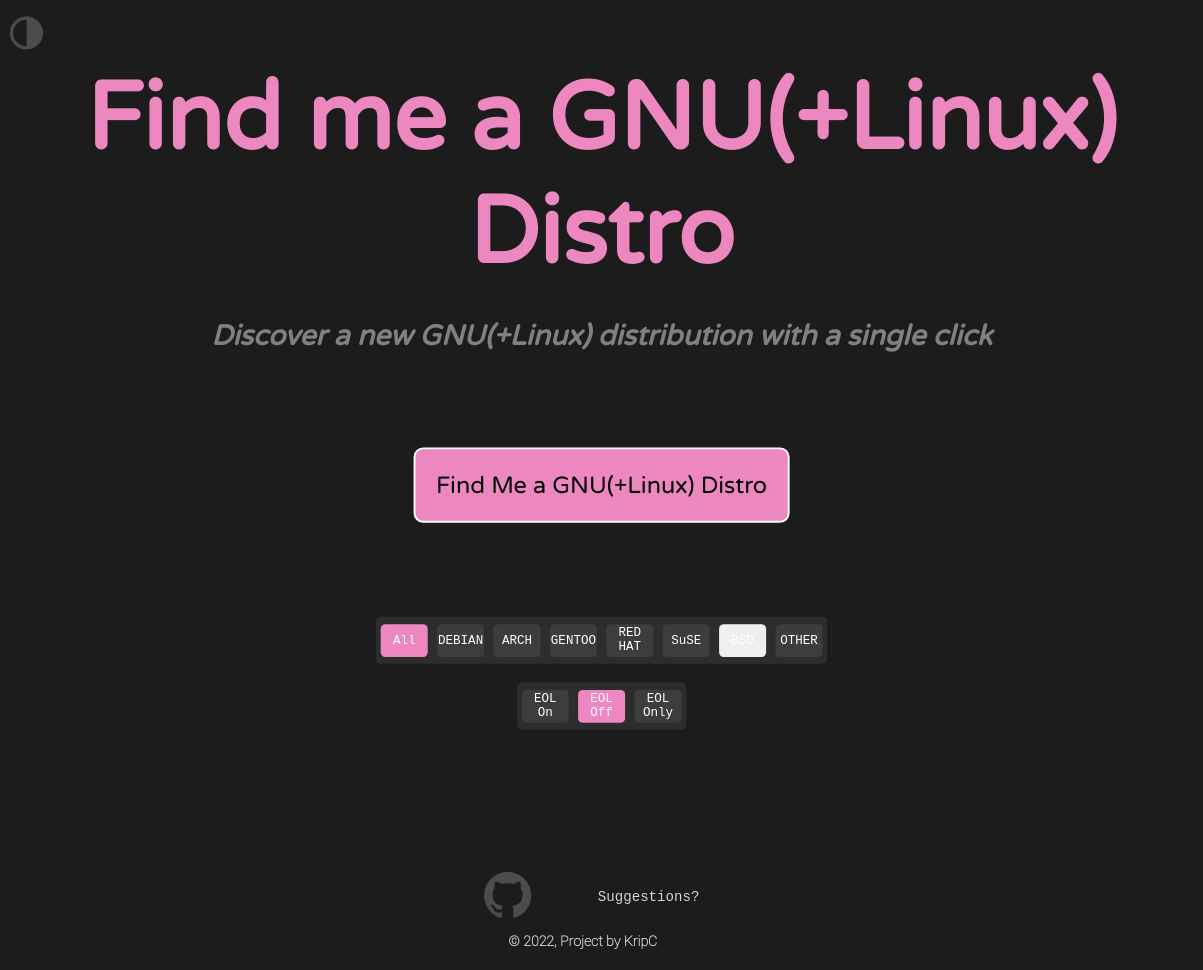
Repository: KripC2160/FindMeALinuxDistro
Page: index.html
These files come from the project's save history. The page is drawn as it stood at one moment and after the next save; the edit follows.
The browser window is 1280 px wide. The pictures show the whole page, at 94% of full size.

Above is the page before, as saved 2022-05-17 22:25:18.

After the next save:
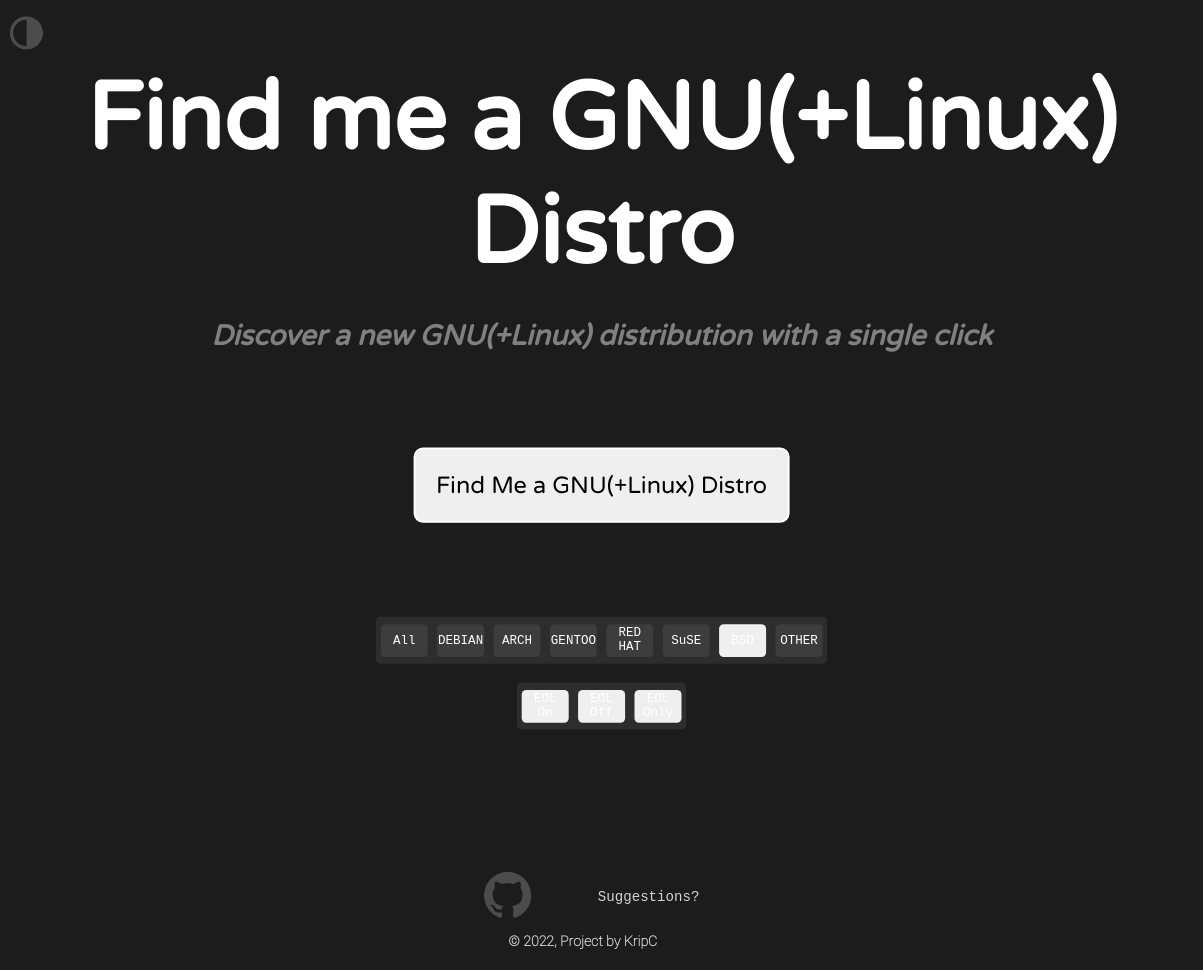
Console error: TypeError: Cannot read properties of null (reading 'style')
Saved 3 min 12 s later.
--- a/js/script.js
+++ b/js/script.js
@@ -40,7 +40,7 @@ var color_list = [
 ];
 
 var distro_list = [
-    "TEST", "FMALDALL", "FMALDDEBIAN", "FMALDARCH", "FMALDGENTOO", "FMALDREDHAT", "FMALDSUSE", "FMALDSLACK", "FMALDOTHER"
+    "TEST", "FMALDALL", "FMALDDEBIAN", "FMALDARCH", "FMALDGENTOO", "FMALDREDHAT", "FMALDSUSE", "FMALDSLACK", "FMALDBSD", "FMALDOTHER"
 ];
 
 
@@ -49,7 +49,7 @@ function clicked(){
 
     var distrolink_list = [
         "gap", links, debianlinks, archlinks, gentoolinks,
-        redhatlinks, suselinks, slacklinks, otherlinks
+        redhatlinks, suselinks, slacklinks, bsdlinks, otherlinks
     ];
 
     var eoldistrolink_list = [
@@ -86,7 +86,7 @@ function changeButtonColor(){
         document.getElementById("FMALDSUSE").style.backgroundColor = "#3D3D3D";
         document.getElementById("FMALDSLACK").style.backgroundColor = "#3D3D3D";
         document.getElementById("FMALDGENTOO").style.backgroundColor = "#3D3D3D";
-        document.getElementById("FMALDOTHER").style.backgroundColor = "#3D3D3D";
+        document.getElementById("FMALDBSD").style.backgroundColor = "#3D3D3D";
 
         if (localStorage.distroToggle == 1){
             document.getElementById("EOLon").style.backgroundColor = color_list[color];
@@ -258,6 +258,11 @@ function TOGGLEOTHER(){
     changeButtonColor();
 }
 
+function TOGGLEBSD(){
+    localStorage.distroToggle = 9;
+    changeButtonColor();
+}
+
 function dmchange(){
     if (localStorage.dmToggle == 'dark'){
         localStorage.setItem("dmToggle", 'light');

After the 2 saves that followed:
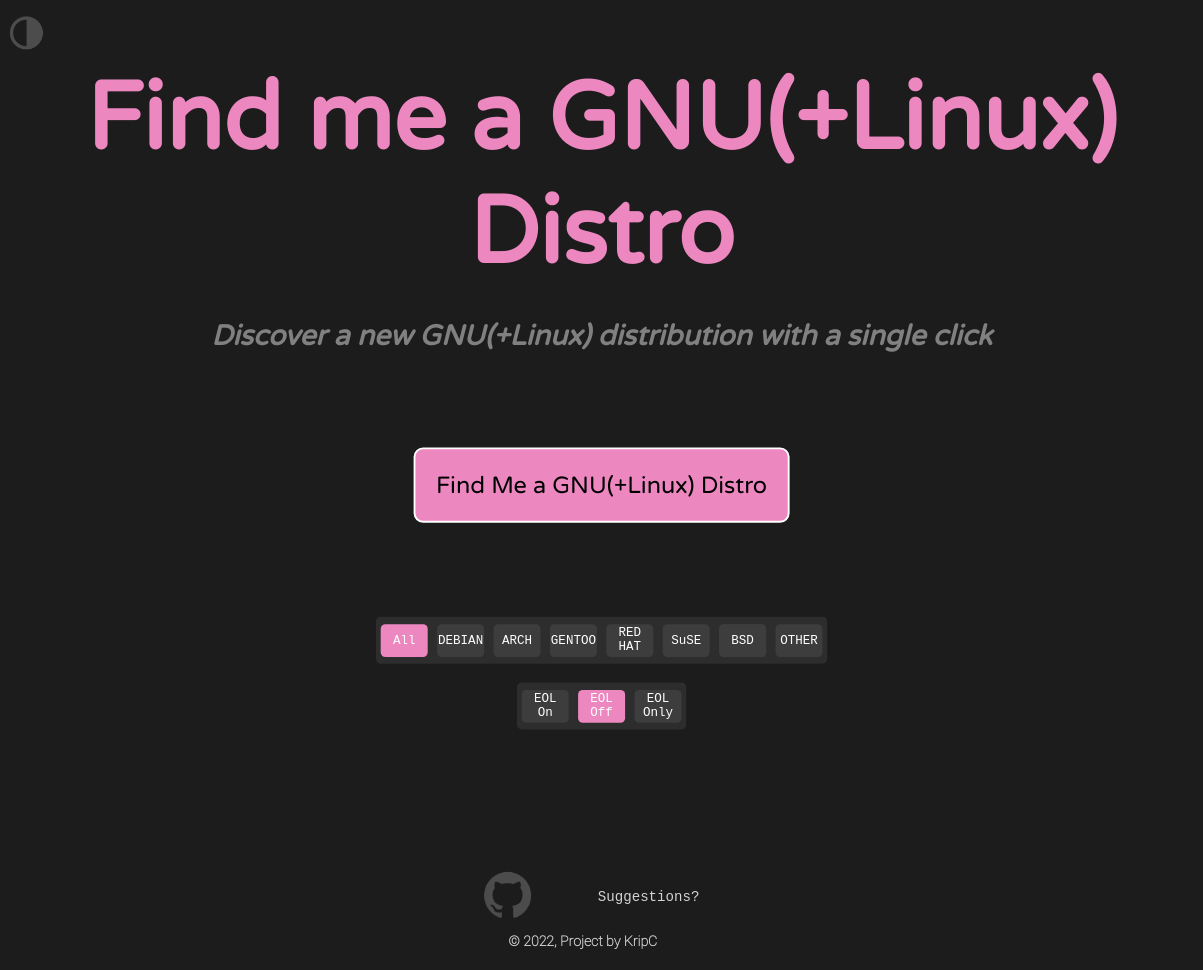
The error is gone.
The 2 saves are shown as one change because 1 left the picture as it was.
The last was saved 59 s later.
--- a/index.html
+++ b/index.html
@@ -31,7 +31,7 @@
             <button class="FMALDREDHAT" id="FMALDREDHAT" onclick="TOGGLEREDHAT()">RED HAT</button>
             <button class="FMALDSUSE" id="FMALDSUSE" onclick="TOGGLESUSE()">SuSE</button>
             <button class="FMALDSLACK" id="FMALDSLACK" onclick="TOGGLESLACK()">Slack</button>
-            <button class="FMALDSLACK" id="FMALDSLACK" onclick="TOGGLEBSD()">BSD</button>
+            <button class="FMALDBSD" id="FMALDBSD" onclick="TOGGLEBSD()">BSD</button>
             <button class="FMALDOTHER" id="FMALDOTHER" onclick="TOGGLEOTHER()">OTHER</button>
         </div>
         <div class="EOLsettings">
--- a/css/style.css
+++ b/css/style.css
@@ -247,6 +247,10 @@ footer{
     left: 365px;
 }
 
+.FMALDBSD{
+    left: 365px;
+}
+
 .FMALDOTHER{
     left: 425px;
 }
